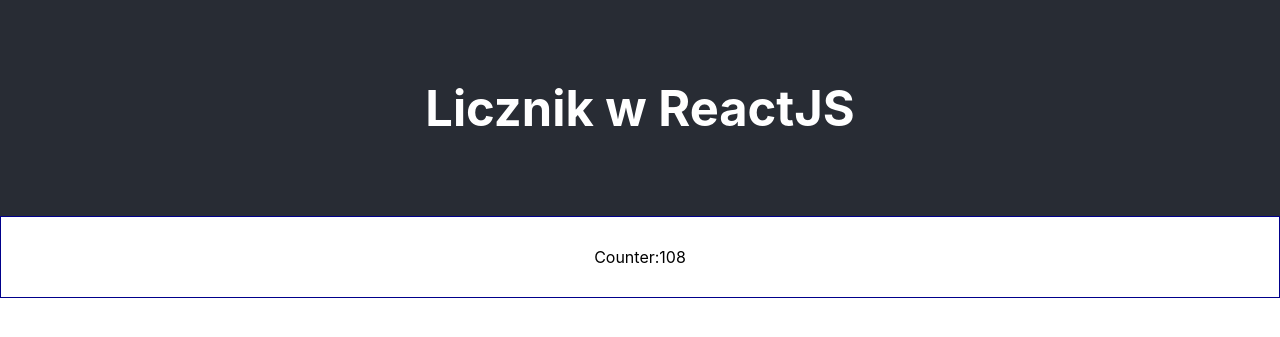
Repository: magdaf41/react-counter-app
Page: /
An editor plug-in stored every save of this project. The page is shown before and after the next save, followed by the edit.
The browser window is 1280 px wide. The pictures show the whole page.
The project was rebuilt for these pictures with package versions that can differ from the ones it lists, and the page was loaded fresh each time.

Above is the page before, as saved 2020-10-04 11:19:15.

### src/App.js
import React from 'react';
import './App.css';

import Counter from  './Counter';

function App() {
  return (
    <div className="App">
      <header className="App-header">
        <h1>Licznik w ReactJS</h1>
      </header>
      <Counter />
    </div>
  );

}
export default App;

### src/Counter.js
import React from 'react';
import './Counter.css';


function Counter(props) {

    return (
        <div className="counter">
            Counter:
            <span className="value">
                108
            </span>
        </div>
    );
}

export default Counter;

### src/Counter.css
.counter {
    border: 1px solid darkblue;
    padding: 30px;
}

Loaded but not shown: public/index.html (common file); src/index.js (common file); src/index.css (common file); src/serviceWorker.js (common file); src/App.css (common file)

After the next save:
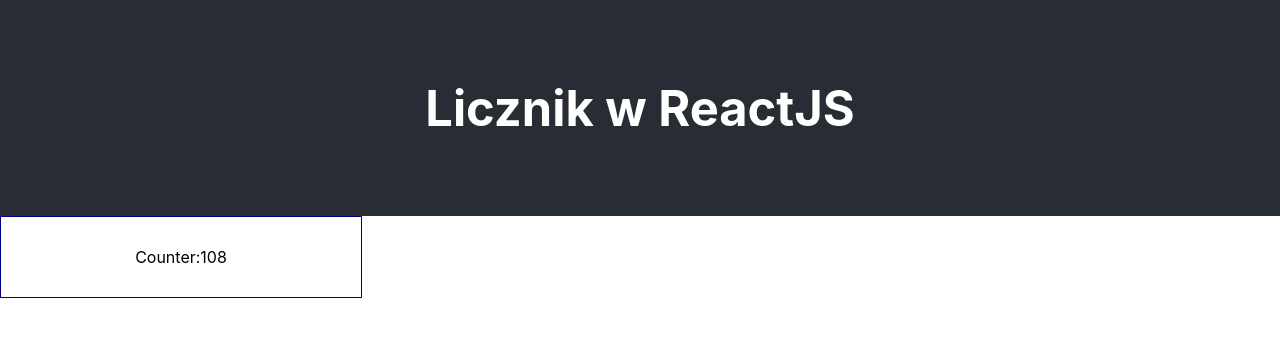
Saved 13 s later.
--- a/src/Counter.css
+++ b/src/Counter.css
@@ -1,4 +1,5 @@
 .counter {
     border: 1px solid darkblue;
     padding: 30px;
+    width: 300px;
 }
